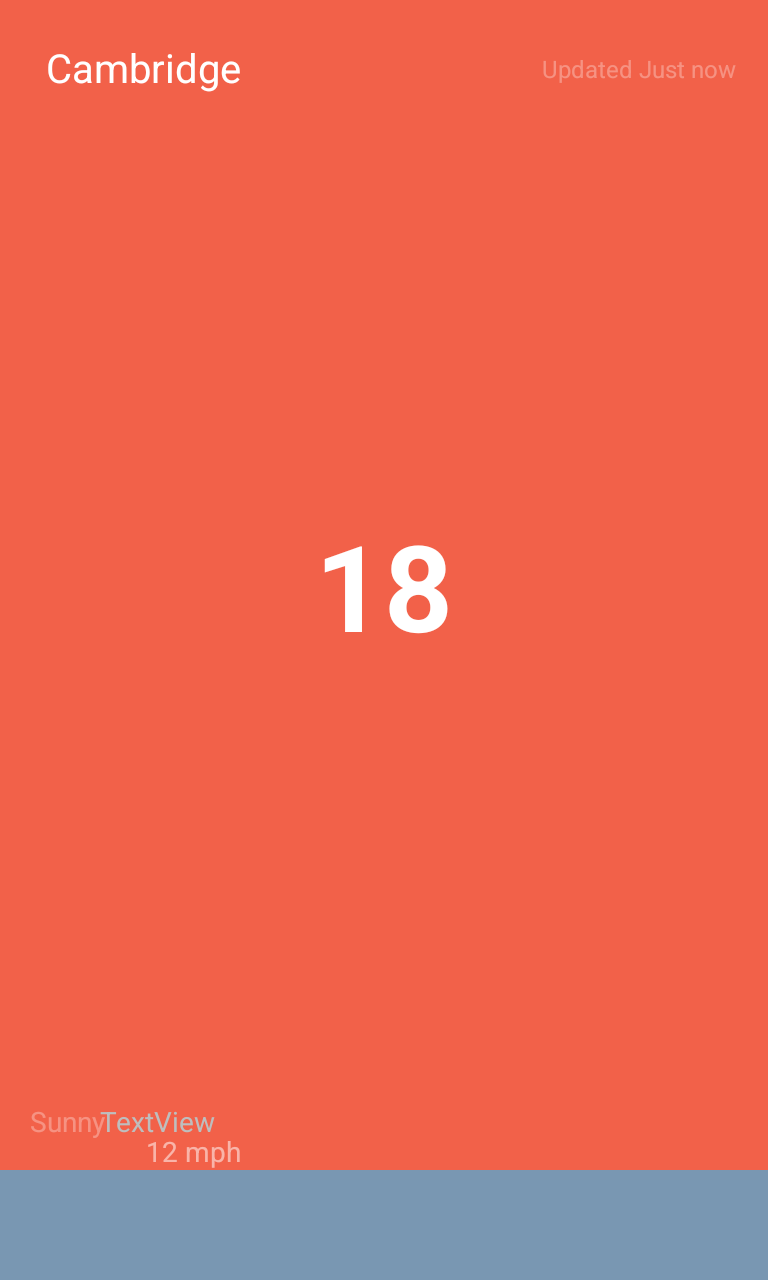
Repository: HarithaAmmuHari/Project
Layout: ExampleAnoop/res/layout/activity_main.xml
An editor plug-in stored every save of this project. The layout is shown before and after the next save, followed by the edit.
It is drawn on a 768 x 1280 px phone screen (xhdpi) without system bars, with theme android:Theme; the app's code is not run.

Above is the layout before, as saved 2015-01-24 05:19:55.

### ExampleAnoop/res/layout/activity_main.xml
<LinearLayout xmlns:android="http://schemas.android.com/apk/res/android"
    xmlns:tools="http://schemas.android.com/tools"
    android:id="@+id/LinearLayout1"
    android:layout_width="match_parent"
    android:layout_height="match_parent"
    android:orientation="vertical"
    android:weightSum="12.0"
    tools:context="com.example.exampleanoop.MainActivity" >

    <RelativeLayout
        android:layout_width="match_parent"
        android:layout_height="wrap_content"
        android:background="#F26149"
        android:layout_weight="4.0" >

        <TextView
            android:id="@+id/textView1"
            android:layout_width="wrap_content"
            android:layout_height="wrap_content"
            android:layout_alignParentLeft="true"
            android:layout_alignParentTop="true"
            android:layout_marginLeft="23dp"
            android:layout_marginTop="20dp"
            android:gravity="center"
            android:text="Cambridge"
            android:textColor="#fff"
            android:textSize="20dp" />

        <TextView
            android:id="@+id/textView2"
            android:layout_width="wrap_content"
            android:layout_height="wrap_content"
            android:layout_alignParentRight="true"
            android:layout_marginRight="16dp"
            android:layout_marginTop="26dp"
            android:text="Updated Just now"
            android:textAppearance="?android:attr/textAppearanceMedium"
            android:textColor="#50ffffff"
            android:textSize="12sp" />

        <TextView
            android:id="@+id/textView3"
            android:layout_width="wrap_content"
            android:layout_height="wrap_content"
            android:layout_centerHorizontal="true"
            android:layout_centerVertical="true"
            android:text="18"
            android:textAppearance="?android:attr/textAppearanceLarge"
            android:textColor="#fff"
            android:textSize="60sp"
            android:textStyle="bold" />

        <TextView
            android:id="@+id/textView4"
            android:layout_width="wrap_content"
            android:layout_height="wrap_content"
            android:textColor="#50ffffff"
            android:layout_alignParentBottom="true"
            android:layout_marginBottom="15dp"
            android:layout_marginLeft="15dp"
            android:text="Sunny" />
         <TextView
            android:id="@+id/textView6"
            android:layout_width="wrap_content"
            android:layout_height="wrap_content"
            android:layout_alignParentBottom="true"
            android:layout_alignRight="@+id/textView1"
            android:text="12 mph"
            android:textColor="#50ffffff" />


        <TextView
            android:id="@+id/textView5"
            android:layout_width="wrap_content"
            android:layout_height="wrap_content"
           android:layout_alignParentBottom="true"
            android:layout_marginBottom="15dp"
            android:layout_marginLeft="50dp"


            android:text="TextView" />

        <TextView
            android:id="@+id/textView6"
            android:layout_width="wrap_content"
            android:layout_height="wrap_content"
            android:layout_alignParentBottom="true"
            android:layout_alignRight="@+id/textView1"
            android:text="12 mph"
            android:textColor="#50ffffff" />

    </RelativeLayout>

    <RelativeLayout
        android:layout_width="match_parent"
        android:layout_height="166dp"
        android:background="#7997B2"
        android:layout_weight="2.0" >

    </RelativeLayout>

    <RelativeLayout
        android:layout_width="match_parent"
        android:layout_height="wrap_content"
        android:layout_weight="2.0" >
    </RelativeLayout>

    <RelativeLayout
        android:layout_width="match_parent"
        android:layout_height="wrap_content"
        android:layout_weight="2.0" >
    </RelativeLayout>

    <RelativeLayout
        android:layout_width="match_parent"
        android:layout_height="wrap_content"
        android:layout_weight="2.0" >
    </RelativeLayout>

</LinearLayout>

After the next save:
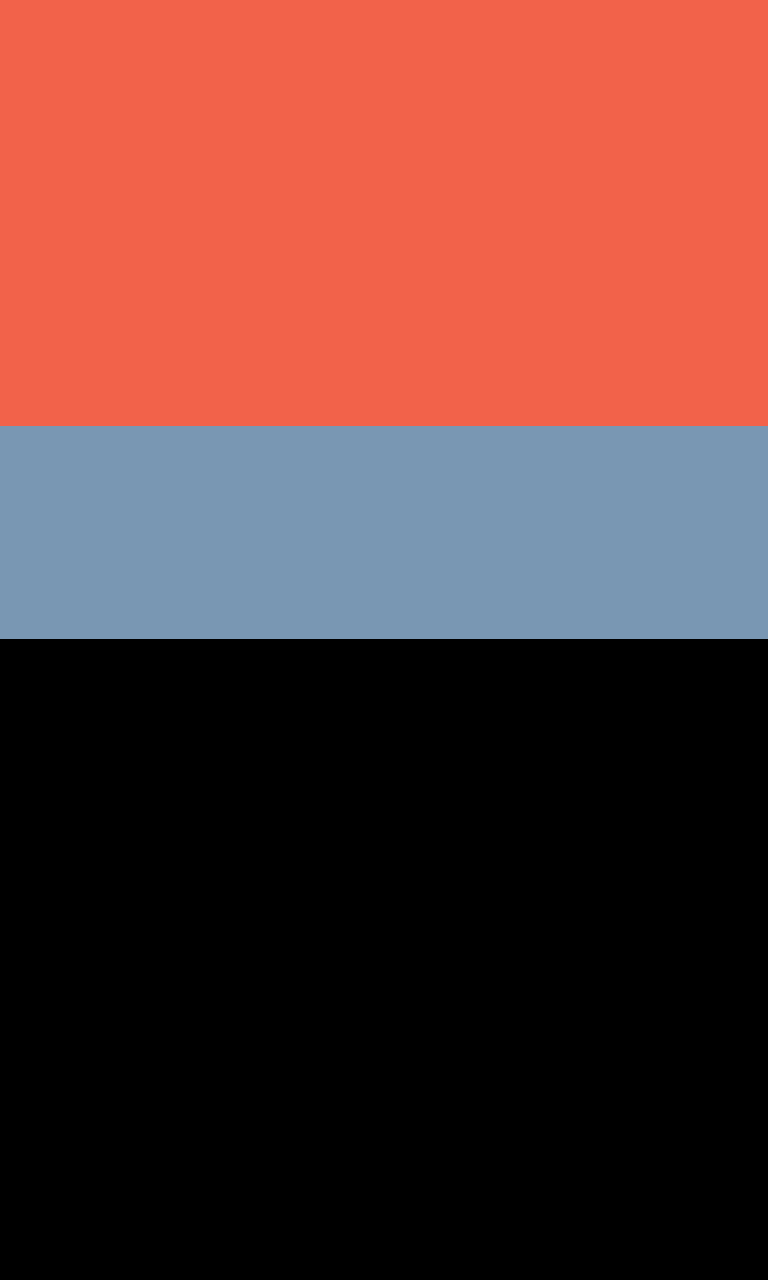
Saved 2 min 45 s later.
--- a/ExampleAnoop/res/layout/activity_main.xml
+++ b/ExampleAnoop/res/layout/activity_main.xml
@@ -13,87 +13,11 @@
         android:background="#F26149"
         android:layout_weight="4.0" >
 
-        <TextView
-            android:id="@+id/textView1"
-            android:layout_width="wrap_content"
-            android:layout_height="wrap_content"
-            android:layout_alignParentLeft="true"
-            android:layout_alignParentTop="true"
-            android:layout_marginLeft="23dp"
-            android:layout_marginTop="20dp"
-            android:gravity="center"
-            android:text="Cambridge"
-            android:textColor="#fff"
-            android:textSize="20dp" />
-
-        <TextView
-            android:id="@+id/textView2"
-            android:layout_width="wrap_content"
-            android:layout_height="wrap_content"
-            android:layout_alignParentRight="true"
-            android:layout_marginRight="16dp"
-            android:layout_marginTop="26dp"
-            android:text="Updated Just now"
-            android:textAppearance="?android:attr/textAppearanceMedium"
-            android:textColor="#50ffffff"
-            android:textSize="12sp" />
-
-        <TextView
-            android:id="@+id/textView3"
-            android:layout_width="wrap_content"
-            android:layout_height="wrap_content"
-            android:layout_centerHorizontal="true"
-            android:layout_centerVertical="true"
-            android:text="18"
-            android:textAppearance="?android:attr/textAppearanceLarge"
-            android:textColor="#fff"
-            android:textSize="60sp"
-            android:textStyle="bold" />
-
-        <TextView
-            android:id="@+id/textView4"
-            android:layout_width="wrap_content"
-            android:layout_height="wrap_content"
-            android:textColor="#50ffffff"
-            android:layout_alignParentBottom="true"
-            android:layout_marginBottom="15dp"
-            android:layout_marginLeft="15dp"
-            android:text="Sunny" />
-         <TextView
-            android:id="@+id/textView6"
-            android:layout_width="wrap_content"
-            android:layout_height="wrap_content"
-            android:layout_alignParentBottom="true"
-            android:layout_alignRight="@+id/textView1"
-            android:text="12 mph"
-            android:textColor="#50ffffff" />
-
-
-        <TextView
-            android:id="@+id/textView5"
-            android:layout_width="wrap_content"
-            android:layout_height="wrap_content"
-           android:layout_alignParentBottom="true"
-            android:layout_marginBottom="15dp"
-            android:layout_marginLeft="50dp"
-
-
-            android:text="TextView" />
-
-        <TextView
-            android:id="@+id/textView6"
-            android:layout_width="wrap_content"
-            android:layout_height="wrap_content"
-            android:layout_alignParentBottom="true"
-            android:layout_alignRight="@+id/textView1"
-            android:text="12 mph"
-            android:textColor="#50ffffff" />
-
     </RelativeLayout>
 
     <RelativeLayout
         android:layout_width="match_parent"
-        android:layout_height="166dp"
+        android:layout_height="wrap_content"
         android:background="#7997B2"
         android:layout_weight="2.0" >
 
